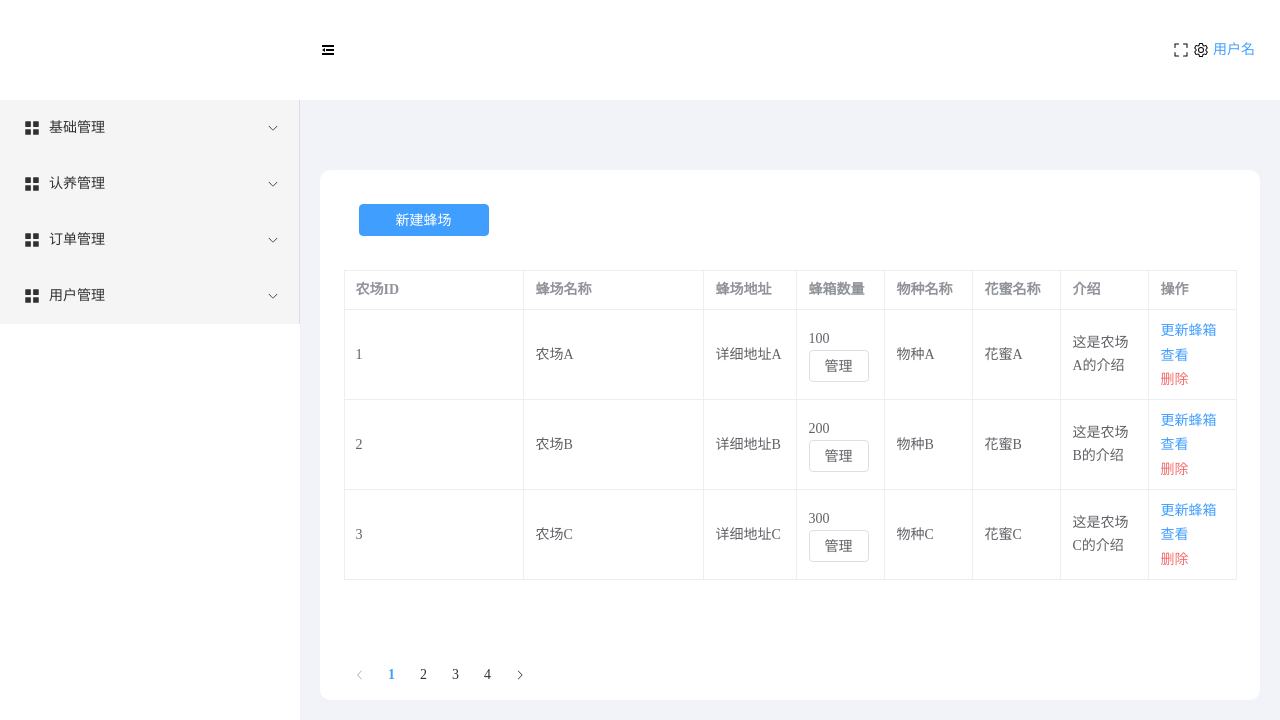
Repository: secret47/test-office-demo
Page: /dashboard/basic/farm
The author's editor kept a copy of each file at every save. The page is drawn from the files as they stood at one save, then again after the next save.
The browser window is 1280 px wide. The pictures show the whole page.
The project was rebuilt for these pictures with package versions that can differ from the ones it lists, and the page was loaded fresh each time. Also part of the build but not shown: vite.config.js.

Above is the page before, as saved 2024-11-01 09:53:42.

### src/main.js
import { createApp } from 'vue';
import '@/style/main.scss';
import App from './App.vue';
import router from './router';
import lang from "./local";
// 正确导入和创建Pinia实例的方式
import { createPinia } from 'pinia';
const pinia = createPinia();

import ElementPlus from "element-plus";
import 'element-plus/dist/index.css';
import * as ElementPlusIconsVue from '@element-plus/icons-vue';

const app = createApp(App);

for (const [key, component] of Object.entries(ElementPlusIconsVue)) {
    app.component(key, component);
}

app.use(lang);
app.use(ElementPlus);
// 使用创建好的Pinia实例
app.use(pinia);
app.use(router);

app.mount('#app');

### src/style/main.scss
* {
    padding: 0;
    margin: 0;
}

html,
body {
    width: 100%;
    height: 100%;
    background: #ffffff;
}

#app {
    width: 100%;
    height: 100%;
}

.main-container {
    width: 100%;
    height: 100%;
}

//顶部搜索
.searchBox {
    width: calc(95% - 30px);
    height: 70px;
    margin: 0 auto;
    padding: 15px;
    display: flex;
    flex-direction: column;
    justify-content: center;

    .new {
        width: 130px;
    }
    .item{
        width:350px;
    }
}

.list {
    width: 95%;
    height: calc(100% - 100px);
    margin: 0 auto;

    .tables {
        width: 100%;
        height: calc(100% - 50px);
    }

    .pages {
        width: 100%;
        height: 50px;
        display: flex;
        flex-direction: column;
        justify-content: center;

    }
}

### src/App.vue
<template>
  <!-- <div> -->
    <router-view />
  <!-- </div> -->
</template>

### src/local/index.js
import { createI18n } from "vue-i18n";

import message from "./language"
const i18n = createI18n({
    locale: "zh",
    fallbackLocale: "zh",
    messages: message
})

export default i18n;

### src/layouts/index.vue
<template>
    <div class="layout">
        <el-container>
            <el-aside class="side">
                <div class="logo"></div>
                <MenuComponent :isCollapsed="isCollapse" />
            </el-aside>
            <el-container class="container">
                <el-header>
                    <HeaderComponent @toggleMenu="toggleCollapse" />
                </el-header>
                <el-main>
                    <div class="bread">
                        <!-- <el-breadcrumb separator="/">
                            <el-breadcrumb-item :to="{ path: '/' }">控制台</el-breadcrumb-item>
                            <el-breadcrumb-item><a href="/">基础管理</a></el-breadcrumb-item>
                            <el-breadcrumb-item>蜂场管理</el-breadcrumb-item>
                        </el-breadcrumb> -->
                        <breadcrumb></breadcrumb>
                    </div>
                    <div class="main">
                        <router-view></router-view>
                    </div>
                </el-main>
            </el-container>
        </el-container>
    </div>
</template>

<script setup>
import MenuComponent from "./components/menu.vue";
import HeaderComponent from "./components/header.vue";
import breadcrumb from "./components/breadcrumb.vue";
import { ref } from 'vue';

// 控制侧边栏是否折叠的响应式数据
const isCollapse = ref(false);

// 定义方法用于切换侧边栏的折叠状态
const toggleCollapse = () => {
    isCollapse.value = !isCollapse.value;
};
</script>

<style lang="scss" scoped>
.layout {
    width: 100%;
    height: 100%;

    .el-container {
        width: 100%;
        height: 100%;
    }

    .side {
        height: 100%;
        transition: width 0.3s;

        .logo {
            width: 100%;
            height: 100px;
        }
    }

    .container {
        height: 100%;

        .el-header {
            width: 100%;
            height: 100px;
            background: #ffffff;
        }

        .el-main {
            background: #F2F3F8;
            padding-top: 0;

            .bread {
                width: 100%;
                height: 70px;
                display: flex;
                flex-direction: column;
                justify-content: center;
            }

            .main {
                width: 100%;
                height: calc(100% - 70px);
                background: #ffffff;
                border-radius: 10px;
            }
        }
    }
}
</style>

### src/store/module/app.js
import { defineStore } from "pinia";
import { useRouter } from "vue-router";

export const useAppStore = defineStore('app', {
    state: () => ({
        isMenuCollapsed: false,
        sidebarWidth: 300,
        breadcrumbList: [], // 面包屑列表，为路由对象
    }),
    actions: {
        toggleMenu() {
            this.isMenuCollapsed = !this.isMenuCollapsed;
            if (this.isMenuCollapsed) {
                console.log("收缩");
                this.sidebarWidth = 60;
            } else {
                console.log("展开");
                this.sidebarWidth = 300;
            }
        },
        // 保存面包屑
        updateBreadcrumbList(route) {
            const router = useRouter();
            this.breadcrumbList = [];
            let currentRoute = route;

            console.log('Starting to update breadcrumb list'); // 1

            while (currentRoute) {
                console.log('Current route path:', currentRoute.path); // 2

                const fullRouteInfo = router.options.routes.find(r => r.path === currentRoute.path);
                console.log('Full route info:', fullRouteInfo); // 3

                if (fullRouteInfo) {
                    this.breadcrumbList.unshift({
                        path: fullRouteInfo.path,
                        meta: fullRouteInfo.meta,
                        name: fullRouteInfo.name,
                        component: fullRouteInfo.component
                    });
                } else {
                    console.log('No route info found for path:', currentRoute.path); // 4
                }

                if (currentRoute.parent) {
                    currentRoute = currentRoute.parent;
                } else {
                    console.log('No parent route found, ending loop'); // 5
                    break;
                }
            }
        }
    }
});

### src/views/dashboard/basic/index.vue
<script setup lang="ts">
import { RouterView } from 'vue-router';
</script>

<template>
    <RouterView></RouterView>
</template>

### src/views/dashboard/basic/farm/index.vue
<template>
    <div class="main-container">
        <div class="searchBox">
            <el-button type="primary" class="new" @click="openCreateDialog">新建蜂场</el-button>
        </div>
        <div class="list">
            <div class="tables">
                <el-table border :data="farmList"> <el-table-column prop="farmId" label="农场ID"
                        width="180"></el-table-column>
                    <el-table-column prop="farmName" label="蜂场名称" width="180"></el-table-column>
                    <el-table-column prop="address" label="蜂场地址"></el-table-column>
                    <el-table-column prop="hiveNums" label="蜂箱数量">
                        <template #default="scope">
                            {{scope.row.hiveNums}}
                            <el-button>管理</el-button>
                        </template>
                    </el-table-column>
                    <el-table-column prop="speciesName" label="物种名称"></el-table-column>
                    <el-table-column prop="nectarName" label="花蜜名称"></el-table-column>
                    <el-table-column prop="introduce" label="介绍"></el-table-column>
                    <el-table-column label="操作">
                        <template #default="scope">
                            <el-link type="primary">更新蜂箱</el-link>
                            &nbsp;
                            <el-link type="primary">查看</el-link>
                            &nbsp;
                            <el-link type="danger">删除</el-link>
                        </template>
                    </el-table-column>
                </el-table>
            </div>
            <div class="pages">
                <el-pagination layout="prev, pager, next" :total="40" />
            </div>
        </div>
    </div>

    <el-dialog v-model="showCreateNew" title="新建蜂场" width="30%">
        <div class="forms">
            <el-form :model="createForm" label-width="120px">
                <el-form-item label="农场ID">
                    <el-input v-model="createForm.farmId"></el-input>
                </el-form-item>
                <el-form-item label="蜂场名称">
                    <el-input v-model="createForm.farmName"></el-input>
                </el-form-item>
                <el-form-item label="省份">
                    <el-select v-model="createForm.province" placeholder="请选择省份">
                        <el-option label="省份A" value="省份A"></el-option>
                        <el-option label="省份B" value="省份B"></el-option>
                        <el-option label="省份C" value="省份C"></el-option>
                    </el-select>
                </el-form-item>
                <el-form-item label="详细地址">
                    <el-input v-model="createForm.address"></el-input>
                </el-form-item>
                <el-form-item label="物种名称">
                    <el-input v-model="createForm.speciesName"></el-input>
                </el-form-item>
                <el-form-item label="花蜜名称">
                    <el-input v-model="createForm.nectarName"></el-input>
                </el-form-item>
                <el-form-item label="介绍">
                    <el-input type="textarea" v-model="createForm.introduce"></el-input>
                </el-form-item>
            </el-form>
        </div>
        <template #footer>
            <span class="dialog-footer">
                <el-button @click="showCreateNew = false">{{ $t("cancel") }}</el-button>
                <el-button type="primary" @click="showCreateNew = false">
                    {{ $t("save") }}
                </el-button>
            </span>
        </template>
    </el-dialog>

</template>
<script setup>
import { ref, reactive } from "vue"

const farmList = reactive([
    {
        farmId: "1",
        farmName: "农场A",
        provice: "省份A",
        city: "城市A",
        district: "区域A",
        address: "详细地址A",
        introduce: "这是农场A的介绍",
        hiveNums: "100",
        speciesName: "物种A",
        nectarName: "花蜜A",
        lng: "123.456",
        lat: "78.910"
    },
    {
        farmId: "2",
        farmName: "农场B",
        provice: "省份B",
        city: "城市B",
        district: "区域B",
        address: "详细地址B",
        introduce: "这是农场B的介绍",
        hiveNums: "200",
        speciesName: "物种B",
        nectarName: "花蜜B",
        lng: "123.457",
        lat: "78.911"
    },
    {
        farmId: "3",
        farmName: "农场C",
        provice: "省份C",
        city: "城市C",
        district: "区域C",
        address: "详细地址C",
        introduce: "这是农场C的介绍",
        hiveNums: "300",
        speciesName: "物种C",
        nectarName: "花蜜C",
        lng: "123.458",
        lat: "78.912"
    }
])

const createForm = reactive({
    farmId: "",
    farmName: "",
    province: "",
    address: "",
    hiveNums: "",
    speciesName: "",
    nectarName: "",
    introduce: ""
})

const showCreateNew = ref(false)


const openCreateDialog = () => {
    showCreateNew.value = true;
}
</script>

### src/local/language/index.js
import zh from "./zh"
import en from "./en"

export default {
    ...en,
    ...zh
}

### src/layouts/components/menu.vue
<template>
    <el-menu class="menu" :collapse="appStore.isMenuCollapsed" :style="{ width: appStore.sidebarWidth + 'px' }">
        <!-- 遍历筛选后的路由，生成侧边栏菜单 -->
        <el-sub-menu :index="item.name" v-for="(item, index) in filteredRoutes" :key="item.name">
            <template #title>
                <MenuTitle :text="item.meta.title" />
            </template>
            <!-- 遍历当前一级路由的子路由，作为二级菜单 -->
            <el-menu-item :index="subItem.name" v-for="(subItem, subIndex) in item.children" :key="subItem.name" @click="handleMenuItemClick(subItem)">
                <template #title>
                    <MenuTitle :text="subItem.meta.title" />
                </template>
                <!-- 如果二级路由还有子路由，继续遍历作为三级菜单 -->
                <el-sub-menu v-if="subItem.children && subItem.children.length > 0" :index="subItem.name + '_sub'" :key="subItem.name + '_sub'" @click="handleMenuItemClick(subItem)">
                    <template #title>
                        <MenuTitle :text="subItem.meta.title +'(展开)' " />
                    </template>
                    <el-menu-item :index="subSubItem.name" v-for="(subSubItem, subSubIndex) in subItem.children" :key="subSubItem.name" @click="handleMenuItemClick(subSubItem)">
                        <template #title>
                            <MenuTitle :text="subSubItem.meta.title" />
                        </template>
                    </el-menu-item>
                </el-sub-menu>
            </el-menu-item>
        </el-sub-menu>
    </el-menu>
</template>

<script setup>
import { ref } from "vue";
import { useAppStore } from '@/store/module/app';
import MenuTitle from './MenuTitle.vue';
import { useRouter, useRoute } from 'vue-router';

const appStore = useAppStore();
const router = useRouter();

// 筛选出需要在侧边栏显示的路由（有子路由且meta中有title）
const filteredRoutes = ref(router.options.routes.find(route => route.path === "/dashboard").children.filter(childRoute => childRoute.meta && childRoute.meta.title));
console.log(router.options);


const handleMenuItemClick = (route) => {
    router.push({
        name:route.name
    });
};
</script>

<style lang="scss" scoped>
.menu {
    background-color: #f5f5f5;
    transition: width 0.3s ease;
}

.menu.collapsed {
    border-right: 0;
    justify-content: center;
}
</style>

### src/layouts/components/header.vue
<template>
    <div class="header">
        <div class="collapseIcon">
            <el-icon style="cursor: pointer;" @click="toggleMenu">
                <Expand v-if="appStore.isMenuCollapsed" />
                <Fold v-else />

            </el-icon>
        </div>
        <div class="user">
            <el-icon>
                <FullScreen />
            </el-icon>
            &nbsp;
            <el-icon>
                <Setting />
            </el-icon>
            &nbsp;
            <el-dropdown trigger="click" @command="handleCommand">
                <span class="el-dropdown-link">
                    <i class="el-icon-user"></i>
                    {{ username }}
                    <i class="el-icon-arrow-down el-icon--right"></i>
                </span>
                <template #dropdown>
                    <el-dropdown-menu>
                        <el-dropdown-item command="userCenter">个人中心</el-dropdown-item>
                        <el-dropdown-item command="logout">退出登录</el-dropdown-item>
                    </el-dropdown-menu>
                </template>
            </el-dropdown>

        </div>
    </div>
</template>

<script setup>
import { ref } from 'vue';
import { ElMessage } from 'element-plus';
import { useAppStore } from '@/store/module/app';


const username = ref('用户名'); // 这里应该从后端获取真实的用户名

const appStore = useAppStore();


const toggleMenu = () => {
    console.log(appStore, "---")
    appStore.toggleMenu();
};

const handleCommand = (command) => {
    if (command === 'logout') {
        // 执行退出操作
        ElMessage.success('退出成功');
        // 这里可以添加跳转到登录页面的逻辑
    } else if (command === 'userCenter') {
        // 跳转到个人中心页面
        ElMessage.info('跳转到个人中心');
        // 这里可以添加跳转逻辑
    }
};
</script>

<style lang="scss" scoped>
.header {
    display: flex;
}

.el-dropdown-link {
    cursor: pointer;
    color: #409EFF;
}


.collapseIcon {
    width: 100px;
    height: 100px;
    display: flex;
    // justify-content: center;
    /* 水平居中 */
    align-items: center;
    /* 垂直居中 */
}

.user {
    margin-left: auto;
    display: flex;
    /* 水平居中 */
    align-items: center;
}
</style>

### src/layouts/components/breadcrumb.vue
<template>
    <el-breadcrumb class="breadcrumb">
        <el-breadcrumb-item v-for="(breadcrumb, index) in appStore.breadcrumbList" :key="index" :to="{ path: breadcrumb.path }">
            {{ breadcrumb.meta.title }}
        </el-breadcrumb-item>
    </el-breadcrumb>
</template>

<script setup>
import { useAppStore } from '@/store/module/app';

const appStore = useAppStore();
</script>

<style lang="scss" scoped>
.breadcrumb {
    margin-bottom: 10px;
}
</style>

### src/local/language/zh.js
export default{
    zh:{
        title:"后台管理系统",
        login:"登录",
        username:"用户名",
        password:"密码",
        remember:"记住密码",
        forget:"忘记密码",
        save:"保存",
        confirm:"确定",
        cancel:"取消",
        delete:"删除",
        show:"查看",
        open:"打开",
        usernameRull:"请输入用户名",
        passwordRull:"请输入密码"
    }
}

### src/local/language/en.js
export default {
    en: {
        title: "system management",
        usernameRull: "Please enter your username",
        passwordRull: "Please enter your password"
    }
}

### src/layouts/components/MenuTitle.vue
<template>
    <span class="menu-title">
        <el-icon class="menu-icon"><icon-menu /></el-icon>
        <span v-if="!isCollapsed">{{ text }}</span>
    </span>
</template>

<script setup>
import { computed } from 'vue';
import { Menu as IconMenu } from '@element-plus/icons-vue';
import { useAppStore } from '@/store/module/app';

const { isMenuCollapsed } = useAppStore();
const props = defineProps({
    text: {
        type: String,
        required: true
    }
});

const isCollapsed = computed(() => isMenuCollapsed.value);
</script>

<style scoped>
.menu-title {
    display: flex;
    align-items: center;
}

.menu-icon {
    min-width: 20px;
    margin-right: 5px;
}

.menu-title.collapsed {
    justify-content: center;
}
</style>

Loaded but not shown: index.html (common file); src/router/index.js (103 lines, source omitted)

After the next save:
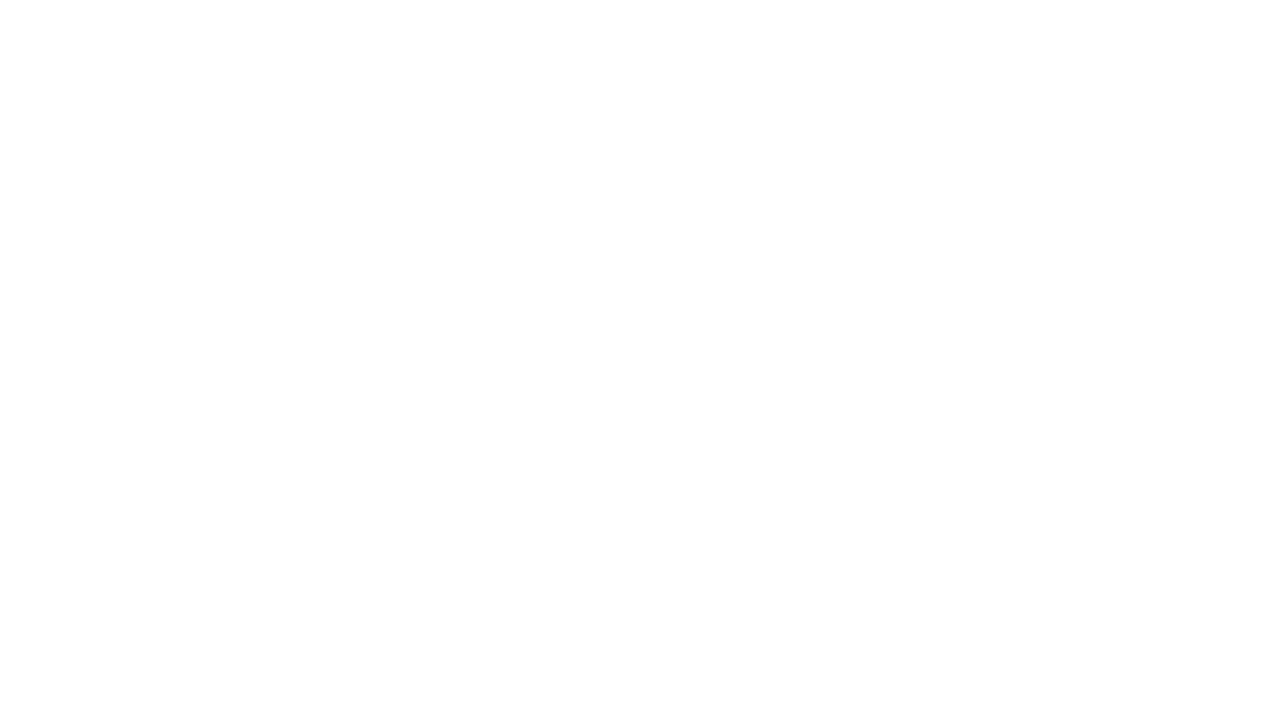
Console error: ReferenceError: computed is not defined
Saved 12 s later.
--- a/src/layouts/components/header.vue
+++ b/src/layouts/components/header.vue
@@ -2,9 +2,8 @@
     <div class="header">
         <div class="collapseIcon">
             <el-icon style="cursor: pointer;" @click="toggleMenu">
-                <Expand v-if="appStore.isMenuCollapsed" />
+                <Expand v-if="isMenuCollapsed" />
                 <Fold v-else />
-
             </el-icon>
         </div>
         <div class="user">
@@ -39,14 +38,13 @@ import { ref } from 'vue';
 import { ElMessage } from 'element-plus';
 import { useAppStore } from '@/store/module/app';
 
+// 从应用商店获取侧边栏折叠状态
+const appStore = useAppStore();
+const isMenuCollapsed = computed(() => appStore.isMenuCollapsed);
 
 const username = ref('用户名'); // 这里应该从后端获取真实的用户名
 
-const appStore = useAppStore();
-
-
 const toggleMenu = () => {
-    console.log(appStore, "---")
     appStore.toggleMenu();
 };
 

After the 2 saves that followed:
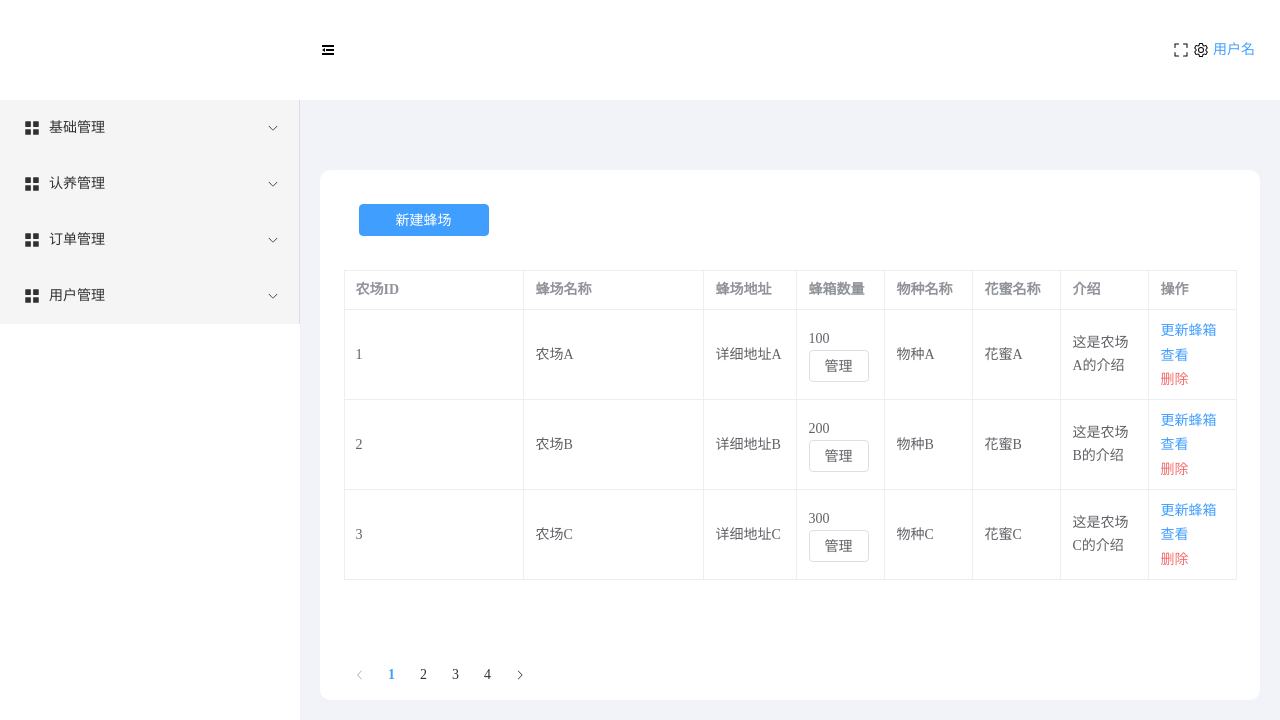
The error is gone.
The 2 saves are shown as one change because 1 left the picture as it was.
The last was saved 35 s later.
--- a/src/layouts/components/menu.vue
+++ b/src/layouts/components/menu.vue
@@ -1,5 +1,5 @@
 <template>
-    <el-menu class="menu" :collapse="appStore.isMenuCollapsed" :style="{ width: appStore.sidebarWidth + 'px' }">
+    <el-menu class="menu" :collapse="isCollapsed" :style="{ width: sidebarWidth + 'px' }">
         <!-- 遍历筛选后的路由，生成侧边栏菜单 -->
         <el-sub-menu :index="item.name" v-for="(item, index) in filteredRoutes" :key="item.name">
             <template #title>
@@ -27,7 +27,7 @@
 </template>
 
 <script setup>
-import { ref } from "vue";
+import { ref, computed } from "vue";
 import { useAppStore } from '@/store/module/app';
 import MenuTitle from './MenuTitle.vue';
 import { useRouter, useRoute } from 'vue-router';
@@ -37,8 +37,10 @@ const router = useRouter();
 
 // 筛选出需要在侧边栏显示的路由（有子路由且meta中有title）
 const filteredRoutes = ref(router.options.routes.find(route => route.path === "/dashboard").children.filter(childRoute => childRoute.meta && childRoute.meta.title));
-console.log(router.options);
 
+// 计算属性获取侧边栏折叠状态和宽度
+const isCollapsed = computed(() => appStore.isMenuCollapsed);
+const sidebarWidth = computed(() => appStore.sidebarWidth);
 
 const handleMenuItemClick = (route) => {
     router.push({
--- a/src/layouts/components/header.vue
+++ b/src/layouts/components/header.vue
@@ -34,7 +34,7 @@
 </template>
 
 <script setup>
-import { ref } from 'vue';
+import { ref ,computed} from 'vue';
 import { ElMessage } from 'element-plus';
 import { useAppStore } from '@/store/module/app';
 
